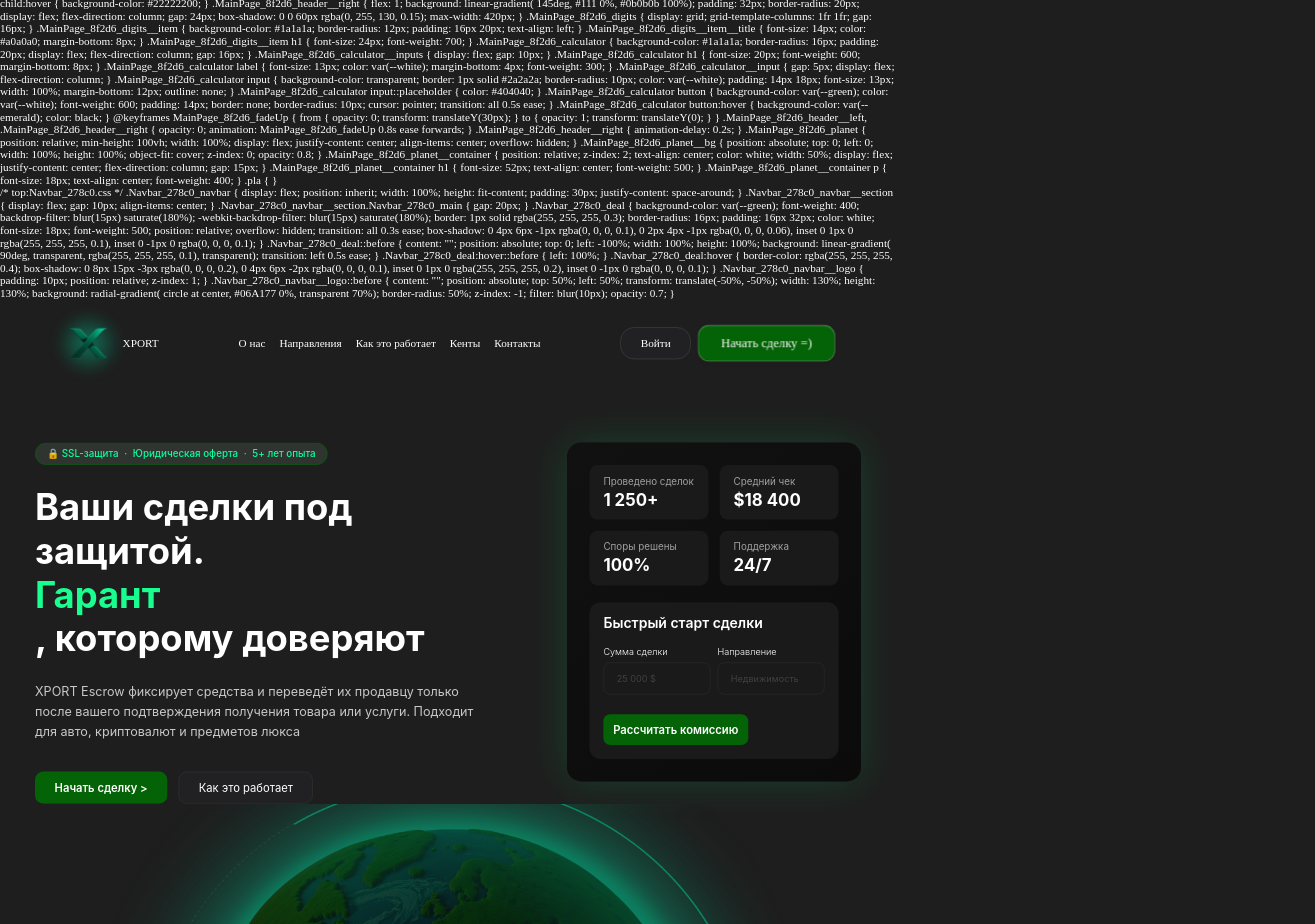
Repository: 1mpuryyyyy/x-port
Page: /x-port/
An editor plug-in stored every save of this project. The page is shown before and after a run of saves, followed by the edit.
The browser window is 1280 px wide. The page is 1879 px wide, so the pictures cover 1879 px, including what lies to the right of the window. The pictures show the part of the page from y = 1336 to 2656 px (the page is 3284 px tall), at 70% of full size.
The project was rebuilt for these pictures with package versions that can differ from the ones it lists, and the page was loaded fresh each time. Also part of the build but not shown: vite.config.js.

Above is the page before, as saved 2025-10-09 03:04:24.

After the next 4 saves:
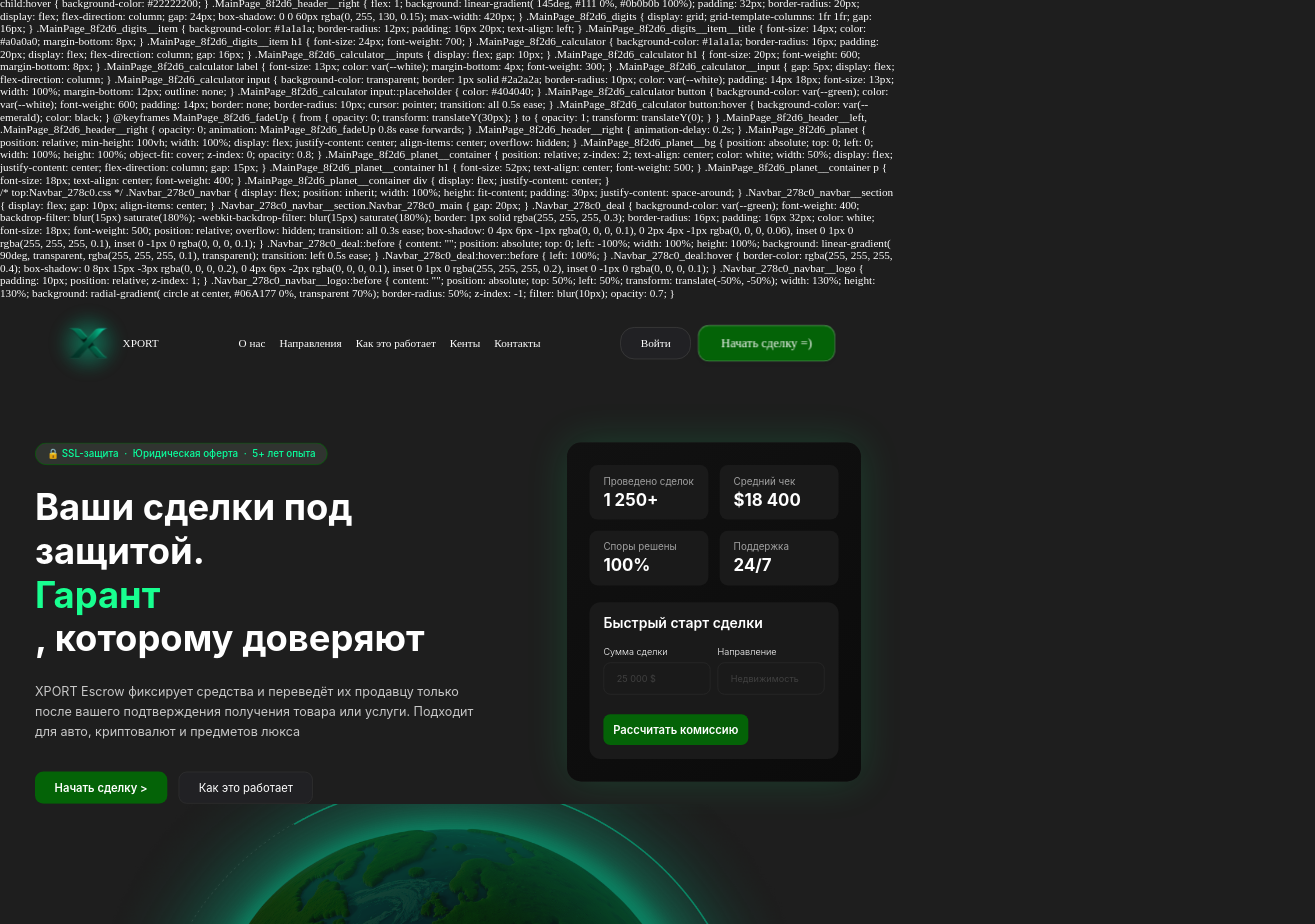
The 4 saves are shown as one change because they came seconds apart.
The last was saved 12 s later.
--- a/src/components/MainPage/MainPage.module.css
+++ b/src/components/MainPage/MainPage.module.css
@@ -272,4 +272,7 @@ section {
     font-weight: 400;
 }
 
-.pla
+.planet__container div {
+    display: flex;
+    justify-content: center;
+}
